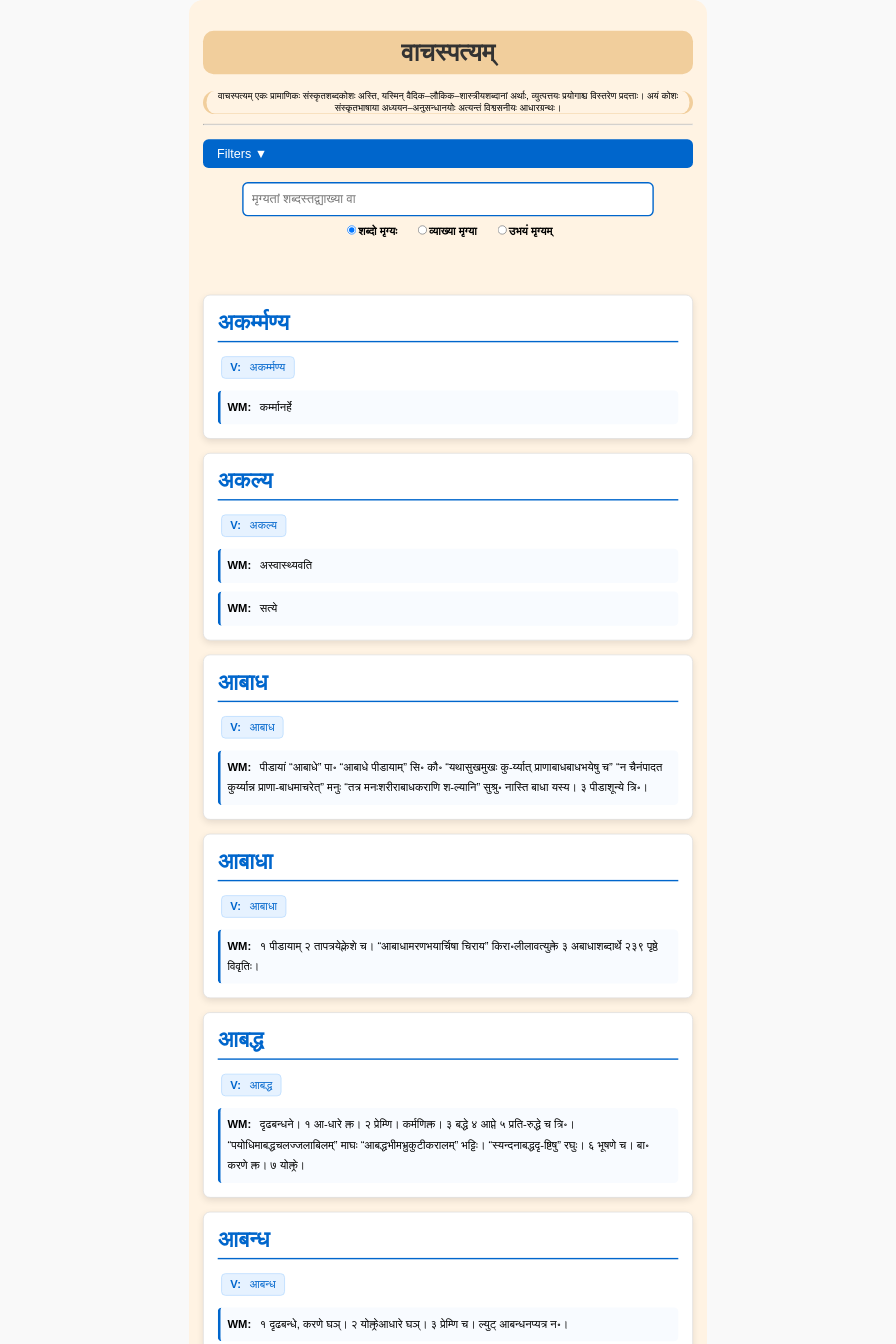
Repository: sanskritsphere/vachaspatyam-demo
Page: index.html
The author's editor kept a copy of each file at every save. The page is drawn from the files as they stood at one save, then again after the next save.
The browser window is 1280 px wide. The pictures show the part of the page from y = 0 to 1920 px (the page is 3466 px tall before and 3452 px after), at 70% of full size.

Above is the page before, as saved 2025-12-14 15:46:30.

After the next save:
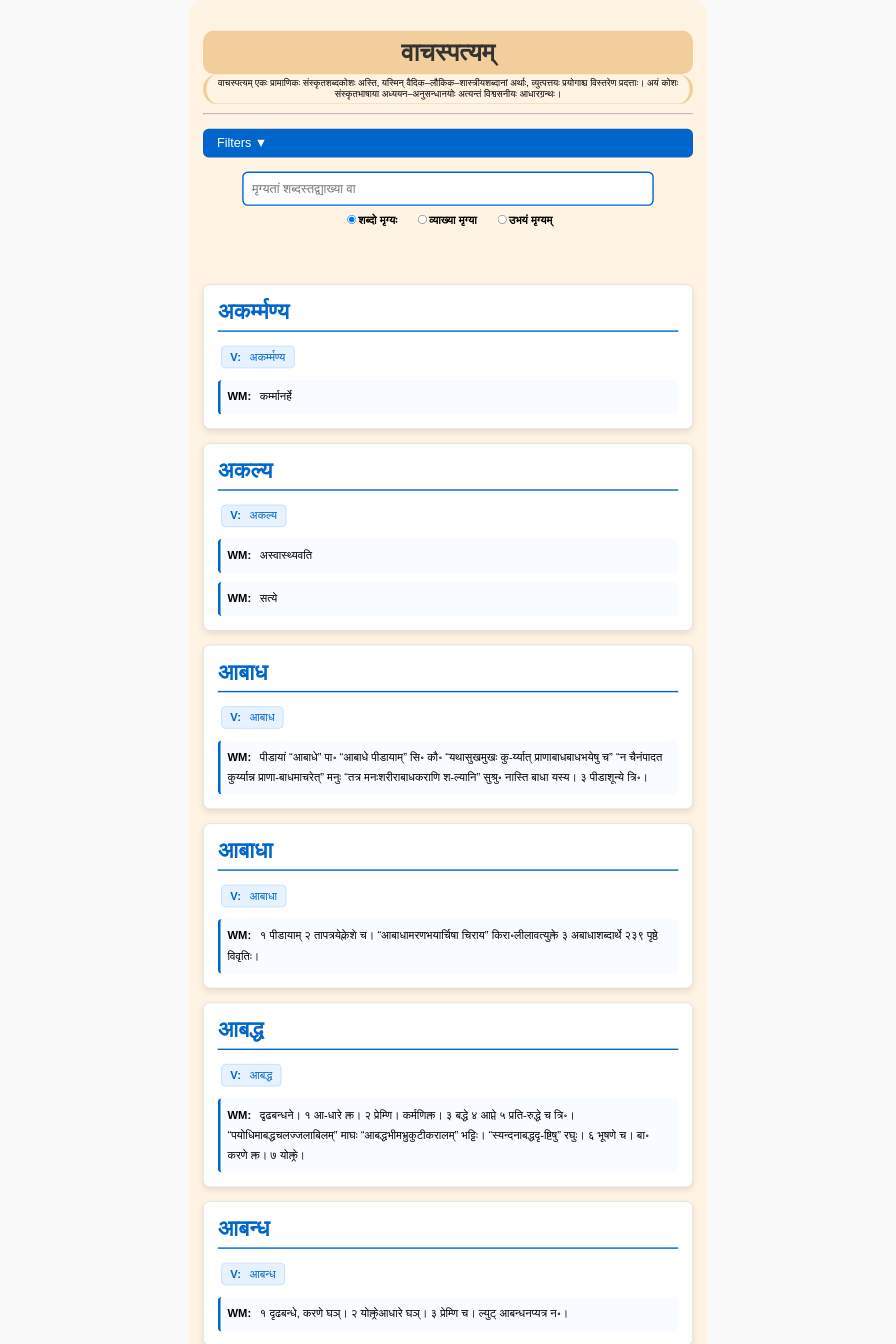
Saved 5 s later.
--- a/style.css
+++ b/style.css
@@ -29,8 +29,11 @@
             background-color: #f1ce9c;
             padding: 10px;
             border-radius: 15px;
+            margin-bottom: 0;
         }
        header .small{
+            margin-top: 0;
+            padding: 5px;
             font-size: smaller;
             border-left: 5px solid #f1ce9c;
             border-radius: 100px ;
@@ -52,6 +55,15 @@
         #toggleFilters:hover {
             background: #0055aa;
         }
+
+        .arrow {
+        display: inline-block;
+        transition: transform 0.4s ease;
+    }
+
+    #toggleFilters.active .arrow {
+        transform: rotate(180deg);
+    }
         #searchContainer {
             margin-bottom: 20px;
             text-align: center;
